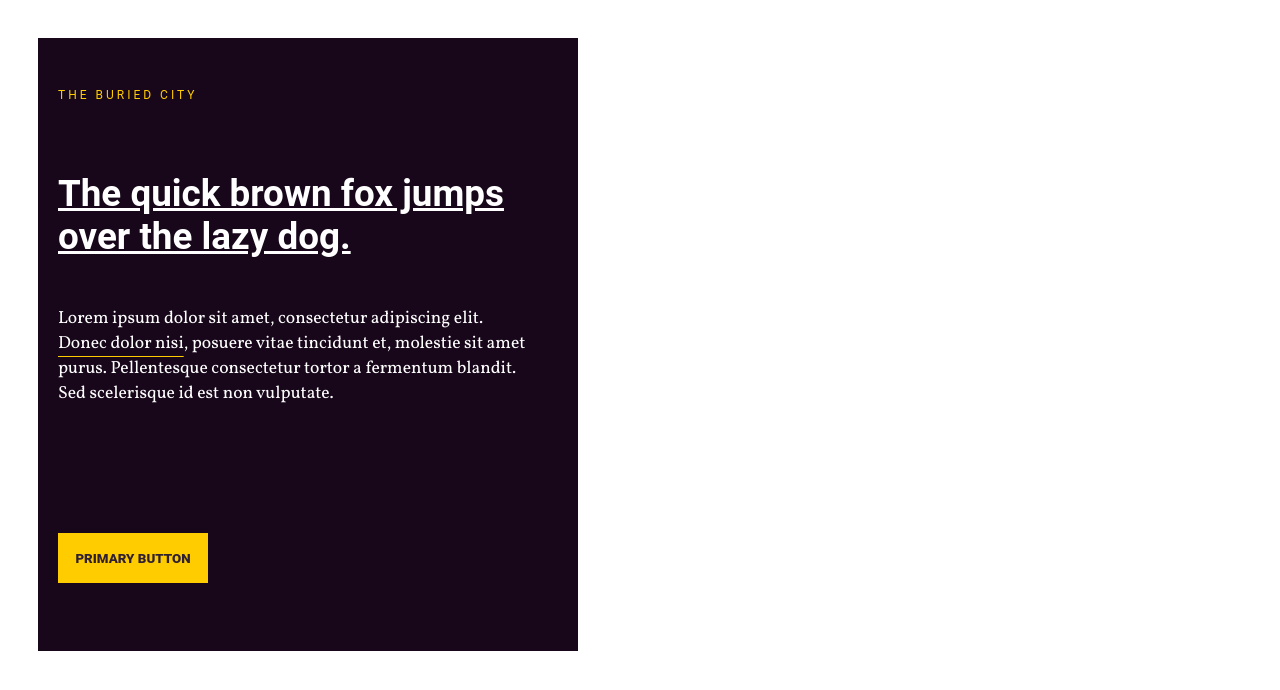
Repository: rafigabriel/TP2---Web-I
Page: ex03-css/index.html
An editor plug-in stored every save of this project. The page is shown before and after the next save, followed by the edit.
The browser window is 1280 px wide. The pictures show the whole page.

Above is the page before, as saved 2024-09-09 18:08:47.

### ex03-css/index.html
<!DOCTYPE html>
<html lang="pt-br">
    <head>
        <meta charset="UTF-8">
        <meta name="viewport" content="width=device-width, initial-scale=1.0">
        <title>Exercicio 3</title>
        <link rel="stylesheet" href="style.css">
        <link rel="preconnect" href="https://fonts.googleapis.com">
        <link rel="preconnect" href="https://fonts.gstatic.com" crossorigin>
        <link
            href="https://fonts.googleapis.com/css2?family=Roboto+Condensed:ital,wght@0,100..900;1,100..900&display=swap"
            rel="stylesheet">
        <link rel="preconnect" href="https://fonts.googleapis.com">
        <link rel="preconnect" href="https://fonts.gstatic.com" crossorigin>
        <link
            href="https://fonts.googleapis.com/css2?family=Vollkorn:ital,wght@0,400..900;1,400..900&display=swap"
            rel="stylesheet">

    </head>
    <body>
        <div id="container">
            <p id="secao">The buried city</p>
            <h1>The quick brown fox jumps over the lazy dog.</h1>
            <p>Lorem ipsum dolor sit amet, consectetur adipiscing elit. <a
                    id="link"
                    href="#">Donec dolor nisi</a>, posuere vitae tincidunt et,
                molestie sit amet purus. Pellentesque consectetur tortor a
                fermentum
                blandit. Sed scelerisque id est non vulputate.</p>
            <p>
                <button>Primary button</button>
            </p>

        </div>

    </body>
</html>

### ex03-css/style.css
body{
    width: 500px;
    color: #231900;
    padding: 30px;
}

#container{
    background-color: #18071B;
    padding: 20px;
    width: 500px;
}

h1{
    font-size: 2.3em;
    font-family: "Roboto", sans-serif;
    font-style: normal;
    font-weight: 700;
    color: white;
    margin-bottom: 0;
    margin-top: 40px;
    text-decoration: underline;
}
p{
    padding: 30px;
    padding-left: 0;
    font-family: "Vollkorn", serif;
    font-weight: 400;
    font-style: normal;
    font-size: 1.1em;
    color: white;
}

#secao{
    font-family: "Roboto", sans-serif;
    font-style: normal;
    font-weight: 400;
    font-size: 0.75em;
    color: #FFCC00;
    letter-spacing: 0.25em;
    margin-top: auto;
    text-transform: uppercase;
}

hr{
    border: 2.5px solid white;
}

#link{
    font-family: "Vollkorn", serif;
    font-weight: 400;
    color: white;
    text-decoration: underline;
    text-decoration-color: #FFCC00;
    text-decoration-thickness:1px ;
    text-underline-offset: 8px;
}

button{
    background-color: #FFCC00;
    color: #2F2032;
    width: 150px;
    height: 50px;
    border: none;
    font-weight: 800;
    margin-top: 50px;
    padding-bottom: 0;
    font-family: "Roboto", sans-serif;
    text-transform: uppercase;
    text-align: center;
}

After the next save:
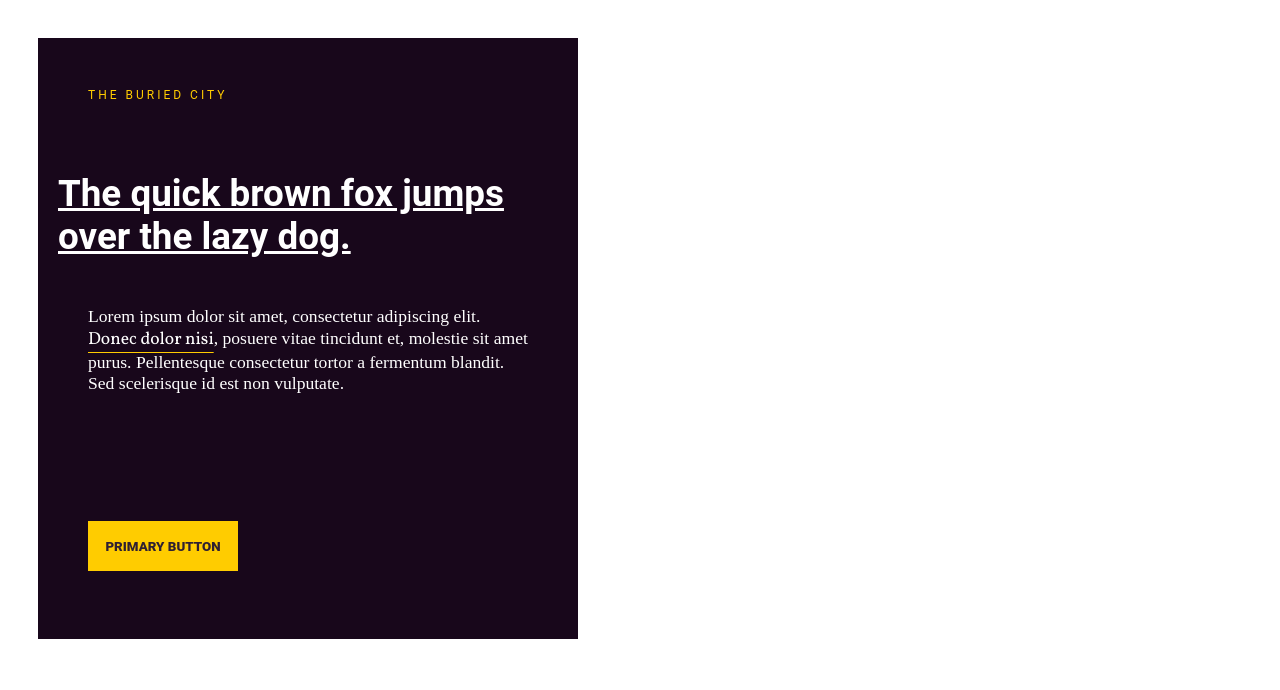
Saved 17 s later.
--- a/ex03-css/style.css
+++ b/ex03-css/style.css
@@ -22,7 +22,7 @@ h1{
 }
 p{
     padding: 30px;
-    padding-left: 0;
+    padi
     font-family: "Vollkorn", serif;
     font-weight: 400;
     font-style: normal;
